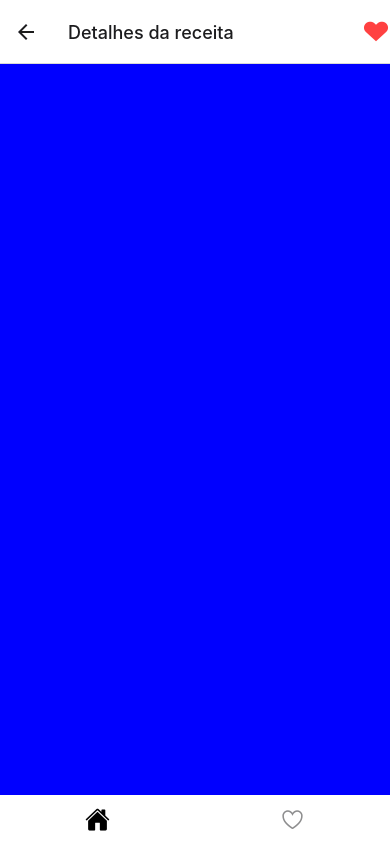
Repository: pheonix5/Receitas
Screen: /Detail
The author's editor kept a copy of each file at every save. The screen is drawn from the files as they stood at one save, then again after the next save.
The page's requests for data from a server got no answer. The app was drawn by React Native's web renderer in a window 390 px wide. The project was rebuilt for these pictures with package versions that can differ from the ones it lists, and the page was loaded fresh each time. No one was signed in, and anything a server would have sent is missing. Also part of the build but not shown: src/components/foodlist/index.js, src/pages/search/index.js, src/pages/favorites/index.js.

Above is the screen before, as saved 2023-04-08 20:04:05.

### App.js
import { View, Text} from 'react-native';

import { NavigationContainer } from '@react-navigation/native';
import { Routes } from './src/routes'


export default function App(){
  return(
    <NavigationContainer>
      <Routes />
    </NavigationContainer>

  )
}

### src/routes/index.js
import { createBottomTabNavigator } from '@react-navigation/bottom-tabs'

import StackRoutes from './stackRoutes';
import Favorites from '../pages/favorites'

import { Ionicons } from '@expo/vector-icons'

const Tab = createBottomTabNavigator();

export function Routes(){
  return(
    <Tab.Navigator
      screenOptions={{
          headerShown: false,
          tabBarHideOnKeyboard: true,
          tabBarShowLabel: false,
          tabBarActiveTintColor: "#121212",

          tabBarStyle:{
              backgroundColor: "#FFF",
              borderTopWidth: 0
          }
      }}

    >

        <Tab.Screen
          name='HomeTab'
          component={StackRoutes}
          options={{
              tabBarIcon: ({ color, size, focused }) => {
                  if (focused){
                    return <Ionicons name='home' color="#000" size={size}/>
                  }

                  return <Ionicons name='home-outline' color={color} size={size}/>
              }
          }}
        />

        <Tab.Screen
          name='Favorites'
          component={Favorites}
          options={{
              tabBarIcon: ({ color, size, focused }) => {
                  if (focused){
                      return <Ionicons name='heart' color="#FF4141" size={size}/>
                  }

                  return <Ionicons name='heart-outline' color={color} size={size}/>
              }
          }}
        />

    </Tab.Navigator>
  )
}

### src/routes/stackRoutes.js
import { createNativeStackNavigator } from '@react-navigation/native-stack'

import Home from '../pages/home'
import Detail from '../pages/detail'
import Search from '../pages/search'

const Stack = createNativeStackNavigator();

export default function StackRoutes(){
  return(
    <Stack.Navigator>

      <Stack.Screen
        name='Home'
        component={Home}
        options={{
          headerShown: false,
        }}
      />

      <Stack.Screen
        name='Detail'
        component={Detail}
        options={{
          title: "Detalhes da receita"
        }}
      />

      <Stack.Screen
        name='Search'
        component={Search}
        options={{
          title: "Veja o que encontramos"
        }}
      />

    </Stack.Navigator>
  )
}

### src/pages/home/index.js
import React, { useState, useEffect } from 'react';
import {
  View,
  Text,
  StyleSheet,
  SafeAreaView,
  TextInput,
  TouchableOpacity,
  FlatList } from 'react-native'

import { Ionicons } from '@expo/vector-icons'

import Logo from '../../components/logo'
import api from '../../services/api'
import FoodList from '../../components/foodlist';

export default function Home(){
    const [inputValue, setInputValue] = useState("")
    const [foods, setFoods] = useState([]);

    function handleSearch(){

    }

    useEffect(() => {
     async function fetchApi(){
        const response = await api.get("/foods")
        setFoods(response.data);
      }

      fetchApi();
    }, [])

    return(
      <SafeAreaView style={styles.container}>
        <Logo/>
        <Text style={styles.title}>Encontre a receita</Text>
        <Text style={styles.title}>que combina com você</Text>

        <View style={styles.form}>
          <TextInput
              value={inputValue}
              onChangeText={ (text) => setInputValue(text)}
              placeholder="Digite o nome da camida.."
              style={styles.input}
          />

          <TouchableOpacity onPress={handleSearch}>
            <Ionicons name="search" size={28} color="#4CBE6C"/>
          </TouchableOpacity>
        </View>

        <FlatList
          data={foods}
          keyExtractor={ (item) => String(item.id)}
          renderItem={ ({ item }) => <FoodList data={item} /> }
          showsVerticalScrollIndicator={false}
        />

      </SafeAreaView>
    )
}

const styles = StyleSheet.create({
  container:{
    flex: 1,
    backgroundColor: '#f2f9ff',
    paddingTop: 36,
    paddingStart: 14,
    paddingEnd: 14
  },
  title:{
    fontSize: 26,
    fontWeight: 'bold',
    color: '#0e0e0e'
  },
  form:{
    backgroundColor: '#FFF',
    width: '100%',
    borderRadius: 8,
    marginTop: 16,
    marginBottom: 16,
    borderWidth: 1,
    borderColor: '#ECECEC',
    paddingLeft: 8,
    paddingRight: 8,
    flexDirection: "row",
    alignItems: 'center',
    justifyContent: 'space-between'
  },
  input:{
    width: '90%',
    maxWidth:'90%',
    height: 54,
  }
})

### src/pages/detail/index.js
import React, { useLayoutEffect} from "react";
import { View, Text, StyleSheet, Pressable, ScrollView, Image } from 'react-native'
import { useRoute, useNavigation } from '@react-navigation/native'

import { Entypo } from '@expo/vector-icons'


export default function Detail({  }){
    const route = useRoute();
    const navigation = useNavigation();

    useLayoutEffect(() => {
      navigation.setOptions({
        title: route.params?.data ? route.params?.data.name : "Detalhes da receita",
        headerRight: () => (
          <Pressable onPress={ () => console.log("testando")}>
            <Entypo
              name="heart"
              size={28}
              color="#FF4141"
            />
          </Pressable>

        )
      })
    }, [navigation, route.params?.data])

    return(
        <ScrollView style={styles.container} showsVerticalScrollIndicator={false}>
            <Pressable>
              <Image
                source={{ uri: route.params?.data.cover }}
                style={styles.cover}
              />
            </Pressable>
        </ScrollView>
    )
}

const styles = StyleSheet.create({
    container:{
        backgroundColor: 'blue'
    }
})

### src/components/logo/index.js
import { View, Text, StyleSheet } from 'react-native'

export default function Logo(){
    return(
        <View style={styles.logoArea}>
            <Text style={styles.logo}>
                Receita fácil
            </Text>
        </View>
    )
}

const styles = StyleSheet.create({
    logoArea:{
        backgroundColor: '#4CBE6C',
        alignSelf: 'flex-start',
        padding: 8,
        paddingLeft: 16,
        paddingRight: 20,
        borderTopRightRadius: 8,
        borderBottomLeftRadius: 8,
        borderTopLeftRadius: 8,
        borderBottomRightRadius: 32,
        marginBottom: 8
    },
    logo:{
        fontSize: 18,
        fontWeight: 'bold',
        color: "#FFF",
    }
})

### src/services/api.js
import axios from 'axios';


/*
    // Rodar com IPV4: json-server --watch -d 180 --host seu ip db.json

*/

const api = axios.create({
    baseURL: 'http://192.168.1.9:3000/'
})

export default api;

After the next save:
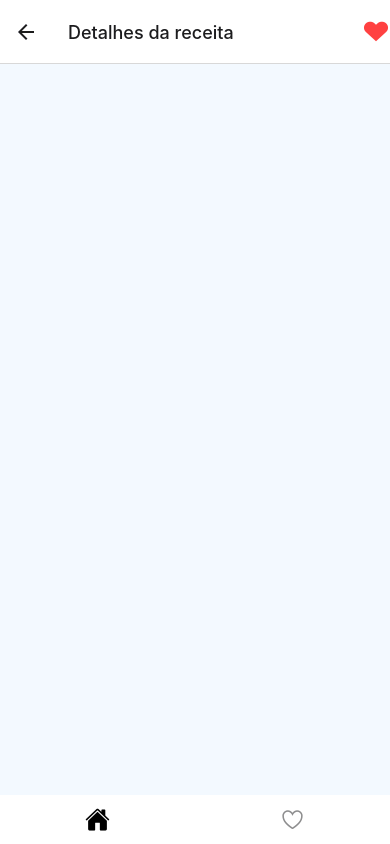
Saved 5 s later.
--- a/src/pages/detail/index.js
+++ b/src/pages/detail/index.js
@@ -39,6 +39,6 @@ export default function Detail({  }){
 
 const styles = StyleSheet.create({
     container:{
-        backgroundColor: 'blue'
+        backgroundColor: '#f3f9ff'
     }
 })
